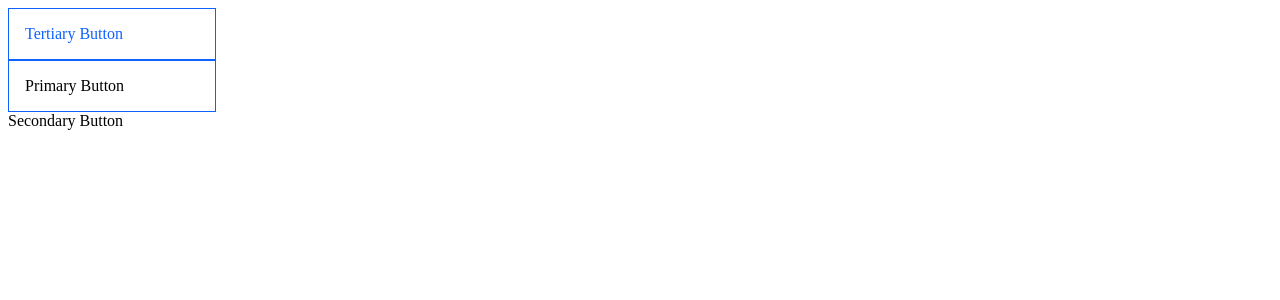
Repository: prav10194/ibm-carbon-components-vanilla
Page: buttons/index.html
These files come from the project's save history. The page is drawn as it stood at one moment and after the next save; the edit follows.
The browser window is 1280 px wide. The pictures show the whole page.
Some web fonts or font styles are not loaded; a fallback is used.

Above is the page before, as saved 2020-11-12 19:25:33.

After the next save:
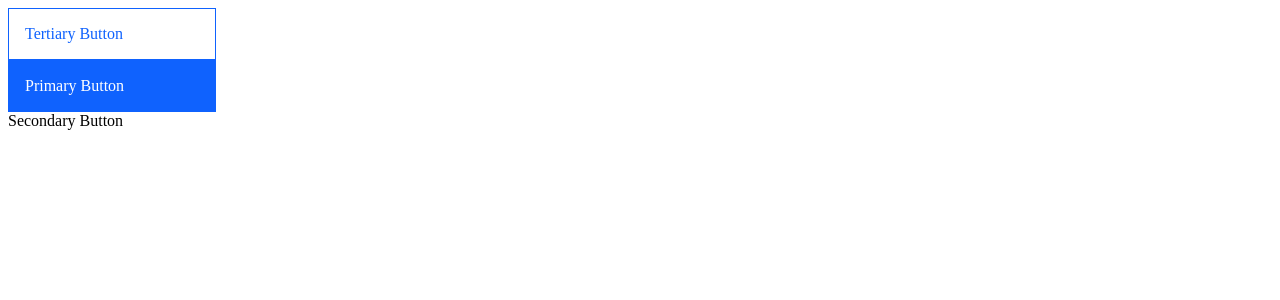
Saved 73 s later.
--- a/buttons/index.css
+++ b/buttons/index.css
@@ -16,6 +16,8 @@
 .primary-button {
     font-size: 1rem;
     border: 1px solid #0f62fe;
+    background-color: #0f62fe;
+    color: white;
     padding: 1rem 4rem 1rem 1rem;
     width: 10%;
     font-family: IBM Plex Sans;
